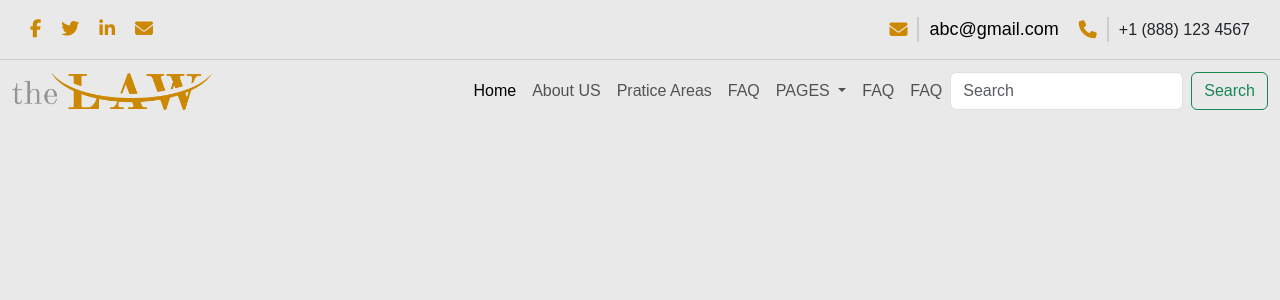
Repository: arehmanraza/lawyer_website
Page: Pages/index.html
The author's editor kept a copy of each file at every save. The page is drawn from the files as they stood at one save, then again after a run of saves.
The browser window is 1280 px wide. The pictures show the whole page.
Some web libraries are served in a nearby version.

Above is the page before, as saved 2024-05-22 01:45:22.

### Pages/index.html
<!DOCTYPE html>
<html lang="en">
  <head>
    <meta charset="utf-8" />
    <meta name="viewport" content="width=device-width, initial-scale=1" />
    <title>The Lawyer</title>
    <link
      rel="stylesheet"
      href="https://pro.fontawesome.com/releases/v5.10.0/css/all.css"
      integrity="sha384-AYmEC3Yw5cVb3ZcuHtOA93w35dYTsvhLPVnYs9eStHfGJvOvKxVfELGroGkvsg+p"
      crossorigin="anonymous"
    />
    <link rel="stylesheet" href="/Styling/style.css" />
    <link
      rel="stylesheet"
      href="https://cdnjs.cloudflare.com/ajax/libs/font-awesome/6.5.2/css/all.min.css"
      integrity="sha512-SnH5WK+bZxgPHs44uWIX+LLJAJ9/2PkPKZ5QiAj6Ta86w+fsb2TkcmfRyVX3pBnMFcV7oQPJkl9QevSCWr3W6A=="
      crossorigin="anonymous"
      referrerpolicy="no-referrer"
    />
    <link
      href="https://cdn.jsdelivr.net/npm/bootstrap@5.3.3/dist/css/bootstrap.min.css"
      rel="stylesheet"
      integrity="sha384-QWTKZyjpPEjISv5WaRU9OFeRpok6YctnYmDr5pNlyT2bRjXh0JMhjY6hW+ALEwIH"
      crossorigin="anonymous"
    />
  </head>
  <body>
    <div class="main-container">


      <!-- ---------------head_top_container start ------------------  -->




      <div class="head_top">
        <div class="head_top_left">
          <ul>
            <li>
              <i class="icon2 fa-brands fa-facebook-f"></i>
            </li>
            <li>
              <i class="icon2 fa-brands fa-twitter"></i>
            </li>
            <li>
              <i class="icon2 fa-brands fa-linkedin-in"></i>
            </li>
            <li>
              <i class="icon2 fa-solid fa-envelope"></i>
            </li>
          </ul>
        </div>
        <div class="head_top_right">
          <ul>
            <li>
              <i class="icon2 fa-solid fa-envelope"></i>
              <p class="border1"></p>
              <span><a class="phoneno" href = "mailto: a.rehman78766@gmail.com">abc@gmail.com</a></span>
            </li>
            <li>
              <i class="icon2 fa-solid fa-phone"></i>
              <p class="border1"></p>
              <span>+1 (888) 123 4567</span>
            </li>

          </ul>
        </div>
      </div>
      <!-- ---------------head_top_container end ------------------  -->






      <!-- ---------------Navbar_container start ------------------  -->


      <nav class="navbar navbar-expand-lg ">
        <div class="container-fluid">
          <a class="navbar-brand" href="#"><img src="/Images/logo.png"  width="200px"></a>
          <button class="navbar-toggler" type="button" data-bs-toggle="collapse" data-bs-target="#navbarSupportedContent" aria-controls="navbarSupportedContent" aria-expanded="false" aria-label="Toggle navigation">
            <span class="navbar-toggler-icon"></span>
          </button>
          <div class="collapse navbar-collapse" id="navbarSupportedContent">
            <ul class="navbar-nav ms-auto mb-2 mb-lg-0">
              <li class="nav-item">
                <a class="nav-link active" aria-current="page" href="#">Home</a>
              </li>
              <li class="nav-item">
                <a class="nav-link" href="#">About US</a>
              </li>
              <li class="nav-item">
                <a class="nav-link" href="#">Pratice Areas</a>
              </li>
              <li class="nav-item">
                <a class="nav-link" href="#">FAQ</a>
              </li>

              <li class="nav-item dropdown">
                <a class="nav-link dropdown-toggle" href="#" role="button" data-bs-toggle="dropdown" aria-expanded="false">
                  PAGES
                </a>
                <ul class="dropdown-menu">
                  <li><a class="dropdown-item" href="#">SHOP</a></li>
                  <li><a class="dropdown-item" href="#">ABOUT 2</a></li>
                  <li><a class="dropdown-item" href="#">CONTACT 2</a></li>
                </ul>
              </li>
              <li class="nav-item">
                <a class="nav-link" href="#">FAQ</a>
              </li>
              <li class="nav-item">
                <a class="nav-link" href="#">FAQ</a>
              </li>
            </ul>
            <form class="d-flex" role="search">
              <input class="form-control me-2" type="search" placeholder="Search" aria-label="Search">
              <button class="btn btn-outline-success" type="submit">Search</button>
            </form>
          </div>
        </div>
      </nav>





      <!-- ---------------Navbar_container end ------------------  -->





    </div>
    <script
      src="https://cdn.jsdelivr.net/npm/bootstrap@5.3.3/dist/js/bootstrap.bundle.min.js"
      integrity="sha384-YvpcrYf0tY3lHB60NNkmXc5s9fDVZLESaAA55NDzOxhy9GkcIdslK1eN7N6jIeHz"
      crossorigin="anonymous"
    ></script>
  </body>
</html>

### Styling/style.css
*{
    margin: 0;
    padding: 0;
    box-sizing: border-box;
    font-family: Arial, Helvetica, sans-serif, "Montserrat";
}
.main-container{
    background-color: #e9e9e9;
    width: 100%;
    height: 100vh;
    padding: 0px;
}

.head_top {
    width: 100%;
    height: 60px;
    display: flex;
    justify-content: space-between;
    align-items: center; /* Center items vertically */
    border-bottom: 1px solid #ccc;
    padding: 0px 20px;
}

.head_top_left {
    width: 50%;
    display: flex; /* Ensure the left container is also using flexbox */
    align-items: center; /* Center items vertically */
}
.head_top_left ul {
    display: flex;
    list-style: none;
    padding: 0;
    margin: 0;
}
.head_top_left ul li{
    padding: 0px 10px;
}
.head_top_right{
    display: flex;
    align-items: center;
    width: 50%;
}
.head_top_right ul{
    display: flex;
    list-style: none;
    padding: 0;
    margin: 0px 0px 0px auto;

}
.head_top_right ul li{
    padding: 0px 10px;
    display: flex;
    align-items: center;
}
.border1{
    border-left: 2px solid #ccc;

    height: 25px;
    margin: 0px 10px;
}
.icon2{
    color:  #cc8800;
  font-size: large;
}
.phoneno{
    color: black;
    font-size: 18px;
    font-weight: 500;
    text-decoration: none
}

After the next 2 saves:
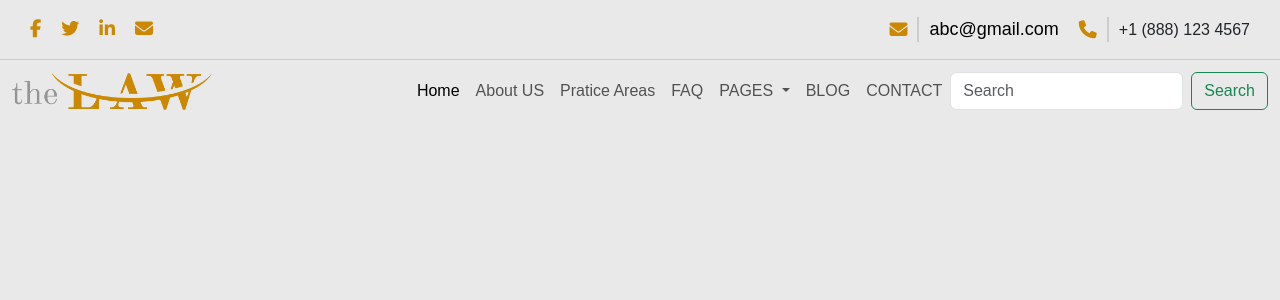
The 2 saves are shown as one change because they came seconds apart.
The last was saved 11 s later.
--- a/Pages/index.html
+++ b/Pages/index.html
@@ -109,10 +109,10 @@
                 </ul>
               </li>
               <li class="nav-item">
-                <a class="nav-link" href="#">FAQ</a>
+                <a class="nav-link" href="#">BLOG</a>
               </li>
               <li class="nav-item">
-                <a class="nav-link" href="#">FAQ</a>
+                <a class="nav-link" href="#">CONTACT</a>
               </li>
             </ul>
             <form class="d-flex" role="search">
